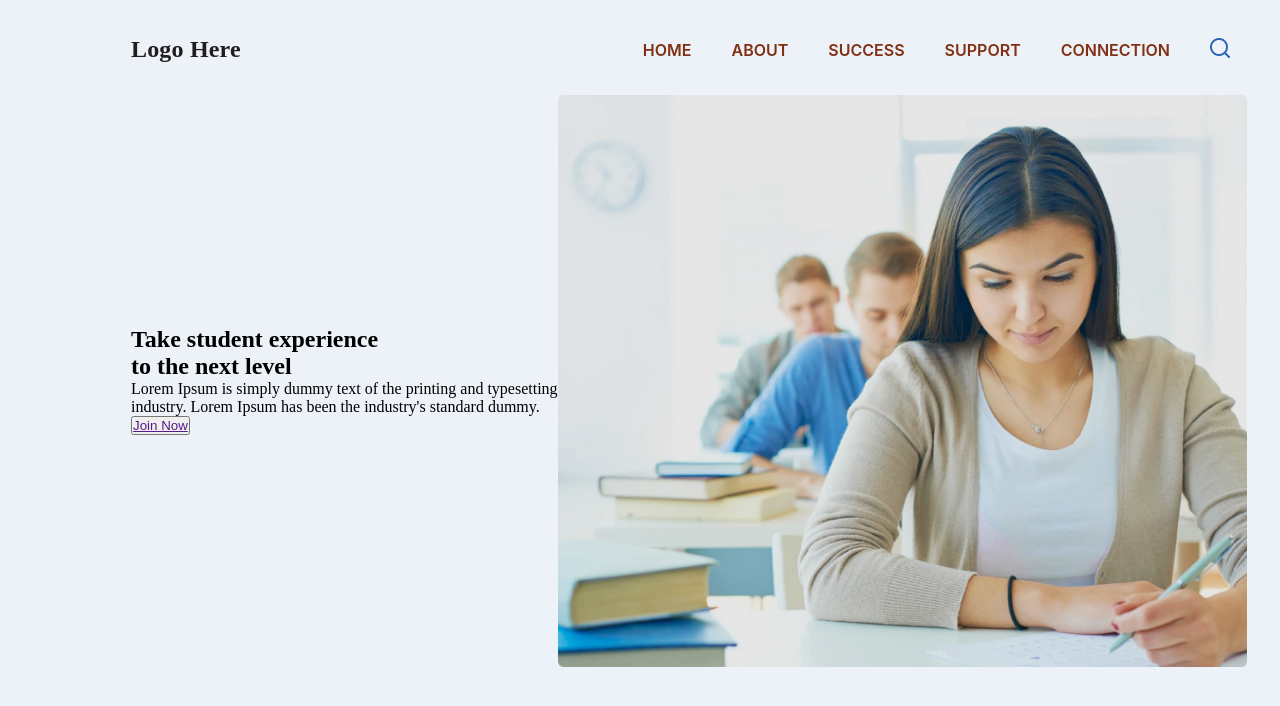
Repository: FaridRustamov09/Final-Task
Page: Pages/homePage/index.html
An editor plug-in stored every save of this project. The page is shown before and after a run of saves, followed by the edit.
The browser window is 1280 px wide. The pictures show the whole page.
The style sheet was rebuilt from its Sass, Less or Tailwind sources for each picture, by a compiler version that may differ from the author's.

Above is the page before, as saved 2024-07-14 20:24:28.

### Pages/homePage/index.html
<!DOCTYPE html>
<html lang="en">
  <head>
    <meta charset="UTF-8" />
    <meta name="viewport" content="width=device-width, initial-scale=1.0" />
    <title>Document</title>
    <link rel="stylesheet" href="index.css" />
  </head>
  <body>
    <div class="container1">
      <nav>
        <b>Logo Here</b>
        <ul>
          <li><a href="../homePage/index.html">Home</a></li>
          <li><a href="../homePage/index.html">About</a></li>
          <li><a href="../homePage/index.html">Success</a></li>
          <li><a href="../homePage/index.html">Support</a></li>
          <li><a href="../homePage/index.html">Connection</a></li>
          <li>        <img src="../../images/Group 233.png" alt="" />
          </li>
        </ul>

      </nav>
      <main>
       <div class="left-box">
            <h2>
              Take <span>
                student experience
              </span>
              <br />
              to the next level
            </h2>
            <p>
              Lorem Ipsum is simply dummy text of the printing and typesetting
              <br />
              industry. Lorem Ipsum has been the industry's standard dummy.
            </p>
            <button><a href="">Join Now</a></button>
        </div>

        <img src="../../images/Rectangle 20.png" alt="" />
        <!-- <video width="" height="240" controls>
        <source src="http://www.w3schools.com/html/mov_bbb.mp4" type="video/mp4">
        <source src="movie.ogg" type="video/ogg">
        Your browser does not support the video tag.
      </video> -->
      </main>
    </div>
  </body>
</html>

### Pages/homePage/index.scss
* {
  margin: 0;
  padding: 0;
  box-sizing: border-box;
}
.container1 {
  padding: 36px 0 0 131px;
  background: #edf2f8;
  min-height: 100vh;
  nav {
    padding-right: 50px;
    display: flex;
    align-items: center;
    justify-content: space-between;

    b {
      color: var(--black, #221e1e);
      font-family: Poppins;
      font-size: 24px;
      font-style: normal;
      font-weight: 700;
      line-height: normal;
      letter-spacing: 0.183px;
      text-transform: capitalize;

    }
    ul{
      display: flex;
      align-items: center;
      li{
        list-style-type: none;
        a {
          margin-right: 40px;
          font-family: Inter;
          font-size: 16px;
          font-style: normal;
          font-weight: 600;
          line-height: normal;
          text-transform: uppercase;
          text-decoration: none;
          color: var(--Kobe-Hover, #813013);
          &:hover{
            color: #2c66b8;
          }
        }
      }
    }

  }
  main {
    margin-top: 32px;
    display: flex;
    align-items: center;
    .left-box {
      li {
        list-style-type: none;
        h2 {
          color: var(--black, #221e1e);
          font-family: Inter;
          font-size: 48px;
          font-style: normal;
          font-weight: 600;
          line-height: 60px;
          span{
            color: #4E81BA
          }
        }
        p {
          color: #221e1e;
          font-family: Inter;
          font-size: 16px;
          font-style: normal;
          font-weight: 400;
          line-height: 28px;
          text-transform: capitalize;
        }
        button {
          border: none;
          width: 150px;
          height: 50px;

          border-radius: 8px;
          background: #2c66b8;
          a {
            text-decoration: none;
            color: #fff;
            font-family: Inter;
            font-size: 16px;
            font-style: normal;
            font-weight: 600;
            line-height: normal;
            text-transform: uppercase;
          }
        }
      }
    }
    img {
      width: 60%;
    }
  }
}

After the next 2 saves:
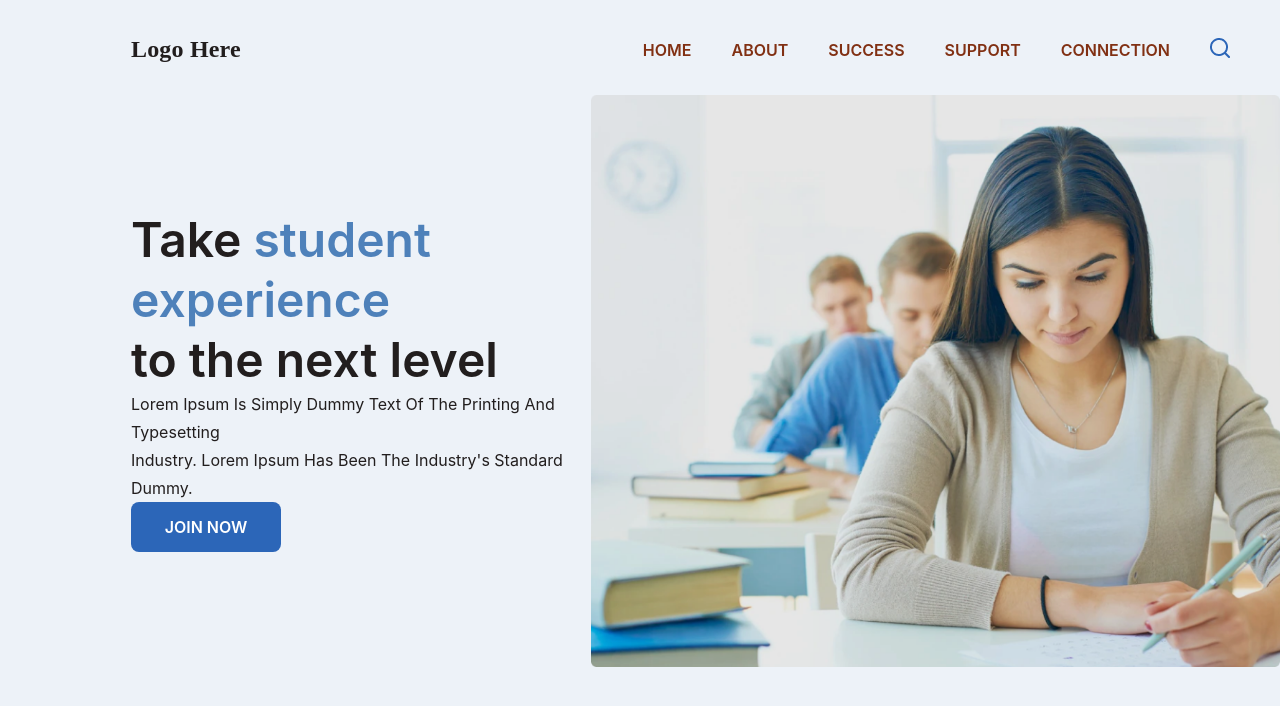
The 2 saves are shown as one change because they came seconds apart.
The last was saved 8 s later.
--- a/Pages/homePage/index.scss
+++ b/Pages/homePage/index.scss
@@ -52,8 +52,7 @@
     display: flex;
     align-items: center;
     .left-box {
-      li {
-        list-style-type: none;
+
         h2 {
           color: var(--black, #221e1e);
           font-family: Inter;
@@ -92,7 +91,7 @@
             text-transform: uppercase;
           }
         }
-      }
+
     }
     img {
       width: 60%;
